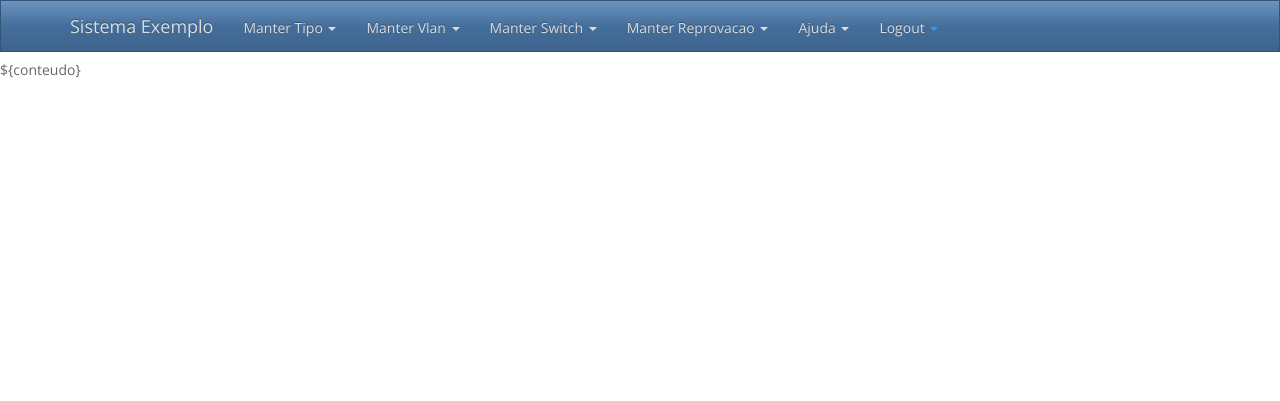
Repository: WilliamEstrela/trabalho1VA-PROG4
Page: CRUDLanManagerV5/WebContent/page.html
These files come from the project's save history. The page is drawn as it stood at one moment and after the next save; the edit follows.
The browser window is 1280 px wide. The pictures show the whole page.

Above is the page before, as saved 2019-09-12 00:01:25.

After the next save:
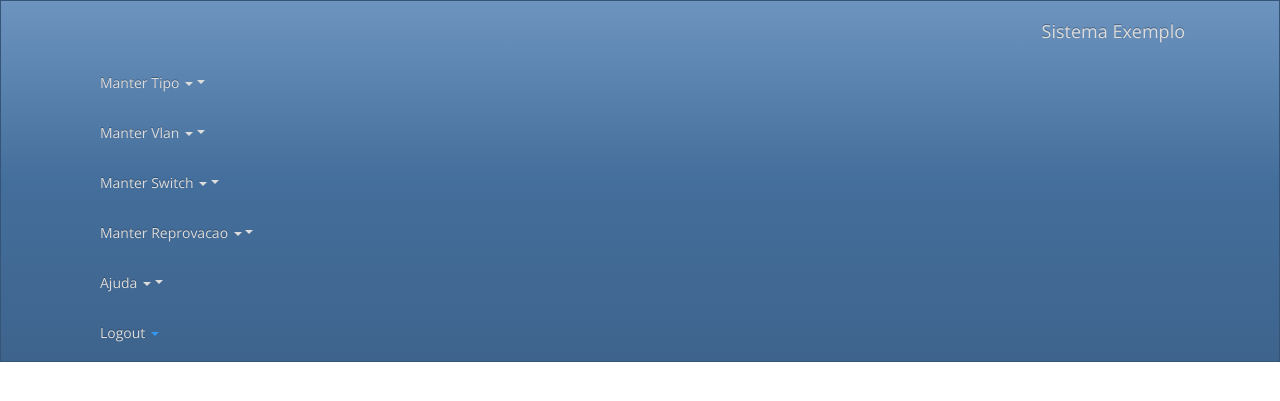
Saved 85 s later.
--- a/CRUDLanManagerV5/WebContent/page.html
+++ b/CRUDLanManagerV5/WebContent/page.html
@@ -4,7 +4,9 @@
     <title>ERP de Reprovacao</title>
     <meta name="viewport" content="width=device-width, initial-scale=1.0">
     <!-- Bootstrap -->
+    <link rel="stylesheet" href="https://stackpath.bootstrapcdn.com/bootstrap/4.3.1/css/bootstrap.min.css" integrity="sha384-ggOyR0iXCbMQv3Xipma34MD+dH/1fQ784/j6cY/iJTQUOhcWr7x9JvoRxT2MZw1T" crossorigin="anonymous">
     <link href="${contextPath}/bootstrap/dist/css/bootstrap.min.css" rel="stylesheet" media="screen">
+
     <link href="${contextPath}/bootstrap/my.css" rel="stylesheet" media="screen">
 
     <!-- HTML5 shim and Respond.js IE8 support of HTML5 elements and media queries -->
